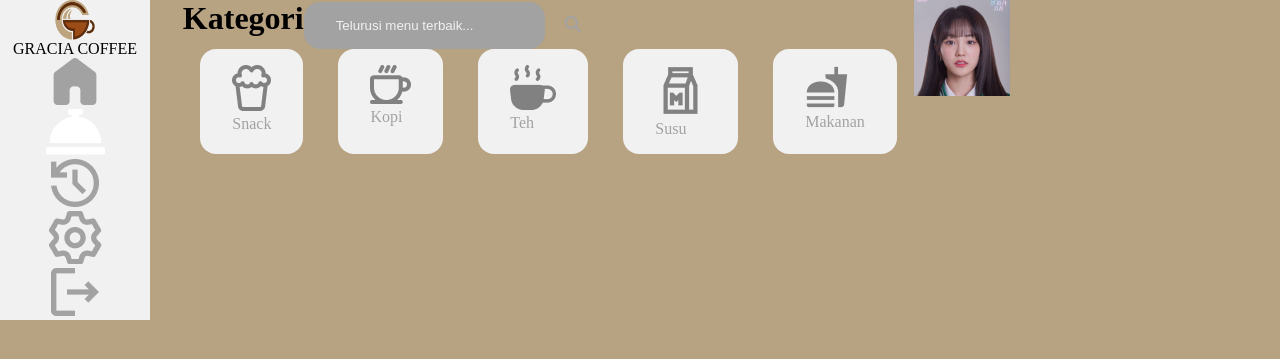
Repository: DanielChuaaa/sbd2
Page: index.html
These files come from the project's save history. The page is drawn as it stood at one moment and after the next save; the edit follows.
The browser window is 1280 px wide. The pictures show the whole page.
Some web libraries are served in a nearby version.

Above is the page before, as saved 2023-10-20 11:01:35.

### index.html
<!DOCTYPE html>
<html lang="en">
<head>
    <meta charset="UTF-8">
    <meta name="viewport" content="width=device-width, initial-scale=1.0">
    <title>Document</title>
    <link href="https://fonts.googleapis.com/css2?family=Roboto+Mono:wght@400;600;700&display=swap" rel="stylesheet" />
    <link
      rel="stylesheet"
      href="https://cdnjs.cloudflare.com/ajax/libs/font-awesome/6.1.2/css/all.min.css"
      integrity="sha512-1sCRPdkRXhBV2PBLUdRb4tMg1w2YPf37qatUFeS7zlBy7jJI8Lf4VHwWfZZfpXtYSLy85pkm9GaYVYMfw5BC1A=="
      crossorigin="anonymous"
      referrerpolicy="no-referrer"
    />
    <link rel="stylesheet" href="style.css">
</head>
<body>
    <div class="container">
        <div class="grid-wrapper">
            <div class="icon">
                <img src="/assets/logo projek SBD 1.png" width="40px" height="40px" alt="logo">
                <p>GRACIA COFFEE</p>
                <a href="#"><img src="./assets/home.png" alt="home"></a>
                <a href="#"><img src="./assets/menu.png" alt="menu"></a>
                <a href="#"><img src="./assets/history.png" alt="history"></a>
                <a href="#"><img src="./assets/setting.png" alt="setting"></a>

                <a href="#"><img src="./assets/logout.png" alt="logout"></a>
            </div>

            <div class="content">
                <div class="nav">
                    <h1>Kategori</h1>
                    <div class="inputWrapper">
                        <input type="text" name="text" id="text" class="input" placeholder="Telurusi menu terbaik...">
                        <i class="fa-solid fa-magnifying-glass"></i>
                    </div>
                </div>

                <div class="menu">
                    <div class="iconMenu"><a href="#"><img src="./assets/popcorn.png" alt="popcorn"></a>
                        <p>Snack</p>
                    </div>
                    <div class="iconMenu"><a href="#"><img src="./assets/kopi.png" alt="kopi"></a>
                        <p>Kopi</p>
                    </div>
                    <div class="iconMenu"><a href="#"><img src="./assets/teh.png" alt="teh"></a>
                        <p>Teh</p>
                    </div>
                    <div class="iconMenu"><a href="#"><img src="./assets/susu.png" alt="susu"></a>
                        <p>Susu</p>
                    </div>
                    <div class="iconMenu"><a href="#"><img src="./assets/makanan.png" alt="makanan"></a>
                        <p>Makanan</p>
                    </div>
                </div>
            </div>

            <div class="order">
                <img src="/assets/g_8___8_idola_cantik_berbakat_alumni_sm_entertainment_yang_sudah_debut_di_girlgroup_agensi_lain_p_eks_sm_trainee-20220408-001-non_fotografer_kly 1.png" alt="">
            </div>
        </div>
    </div>
</body>
</html>

### style.css
:root{
    --clr-primary-100: #B7A281;

    --clr-neutral-100: #818181;
    --clr-neutral-200: #A2A2A2;
    --clr-neutral-300: #D9D9D9;
    --clr-neutral-400: #F8F8F8;
    --clr-neutral-500:  #f1f1f1;

    --ff: "Roboto Mono", monospace;

    --fw-regular: 400;
    --fw-semi-bold: 600;
    --fw-bold: 700;
}

*{
    box-sizing: border-box;
    margin: 0;
    padding: 0;
}

body{
    background-color: #B7A281;
}

.grid-wrapper{
    display: grid;
    grid-template-columns: 0.5fr 2fr 1fr;
}

.icon{
    background: var(--clr-neutral-500);

    display: flex;
    flex-direction: column;

    align-items: center;
    max-width: 150px;
}

.fa-solid{
    color: var(--clr-neutral-200);
    padding: 1rem;
}


/* content */

.nav{
    display: flex;

}

.input{
    background: var(--clr-neutral-200);

    border: none;
    padding: 1rem 2rem;
    border-radius: 1rem;

}

::placeholder{
    color: var(--clr-neutral-500);
}

.menu{
    display: flex;
    justify-content: space-around;
}

.iconMenu{
    background: var(--clr-neutral-500);

    padding: 1rem 2rem;
    border-radius: 1rem;
}

.iconMenu p{
    color: var(--clr-neutral-200);
}

After the next save:
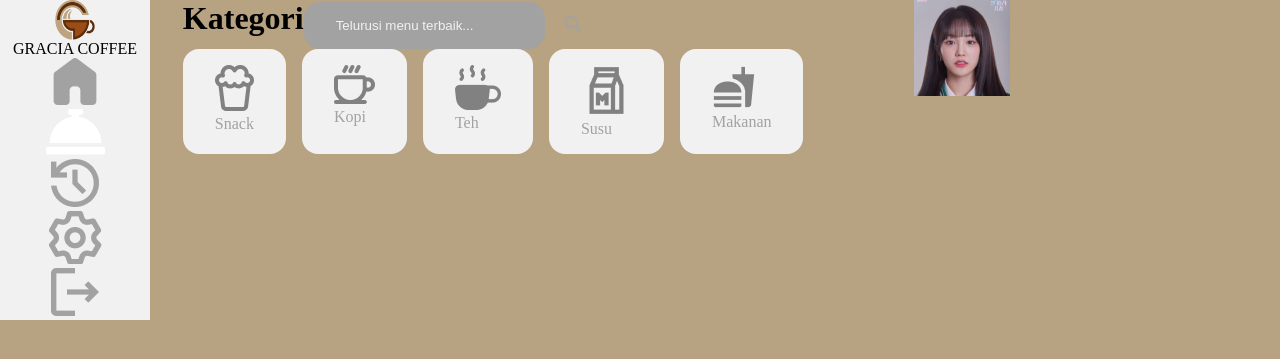
Saved 12 s later.
--- a/style.css
+++ b/style.css
@@ -67,7 +67,7 @@ body{
 
 .menu{
     display: flex;
-    justify-content: space-around;
+    gap: 1rem;
 }
 
 .iconMenu{
